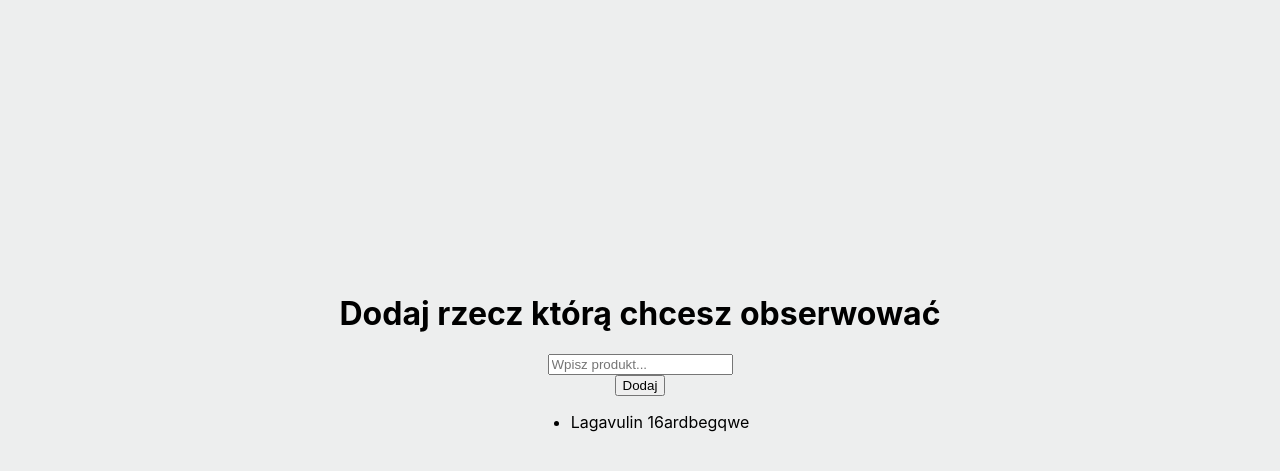
Repository: matedoo/crawler
Page: /MainApp
An editor plug-in stored every save of this project. The page is shown before and after the next save, followed by the edit.
The browser window is 1280 px wide. The pictures show the whole page.
The project was rebuilt for these pictures with package versions that can differ from the ones it lists, and the page was loaded fresh each time. Requests to the local data server were answered from the project's data file. Also part of the build but not shown: src/Components/button.js, src/Components/LoginComponents/LoginApp.js, src/Components/LoginComponents/RegisterApp.js, src/Components/btnContainer.js, src/Components/heading.js, src/Components/LoginComponents/StartApp.js, src/Components/MainApp/MainAppElement.js.

Above is the page before, as saved 2020-04-27 18:08:03.

After the next save:
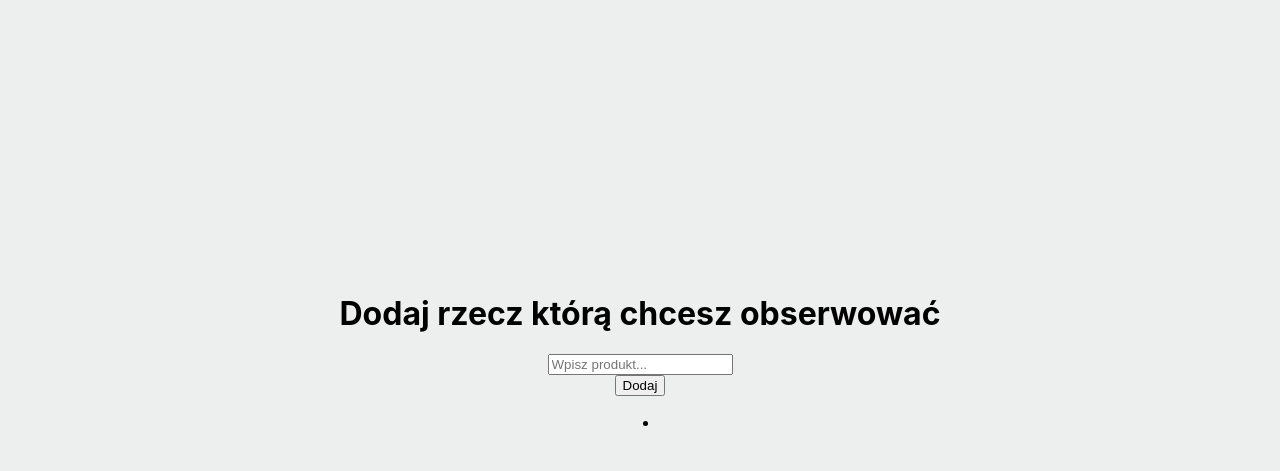
Saved 103 s later.
--- a/src/Components/MainApp/MainApp.js
+++ b/src/Components/MainApp/MainApp.js
@@ -24,8 +24,8 @@ function MainApp(props) {
 
         setIsLoading(false)
         setFetchedData({
-          title: responseParsed.map(element => element.title),
-          id: responseParsed.map(element => element.id)
+          title: Object.keys(responseParsed).map(element => element.title),
+          id: Object.keys(responseParsed).map(element => element.id)
         })
 
 
